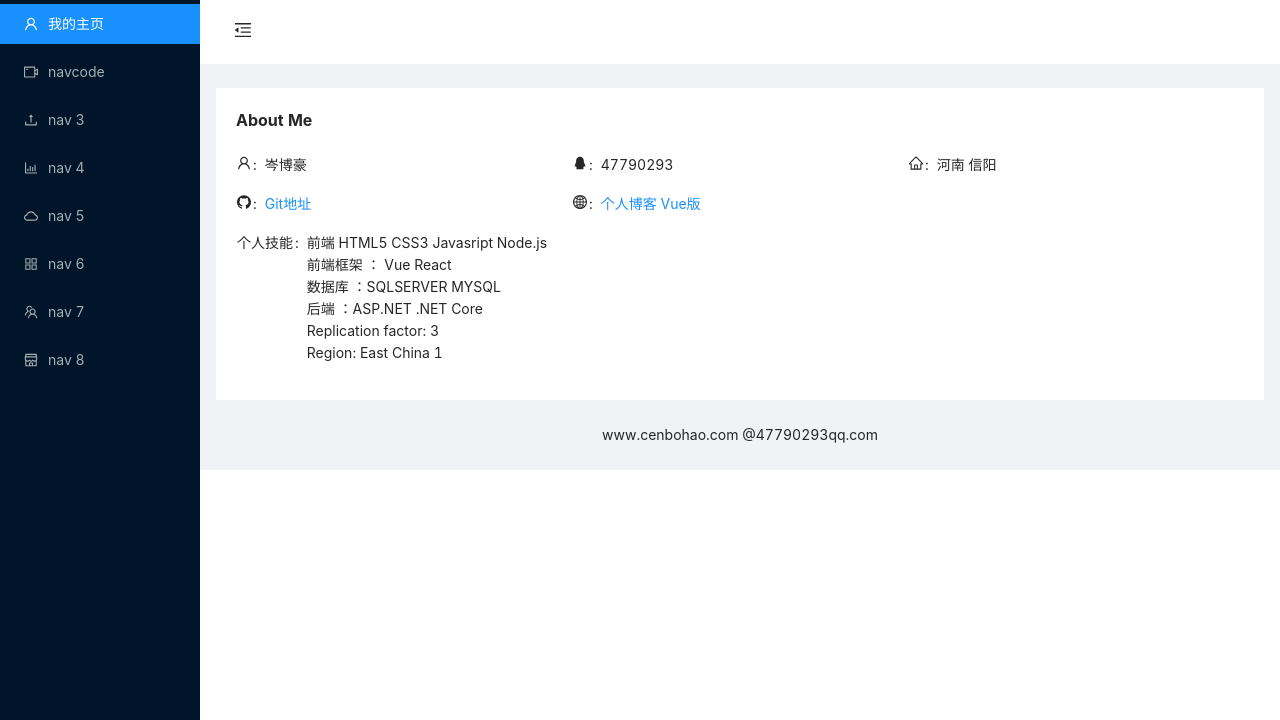
Repository: CBH20010703/bolgsweb
Page: /index (app in blogs/)
An editor plug-in stored every save of this project. The page is shown before and after the next save, followed by the edit.
The browser window is 1280 px wide. The pictures show the whole page.
The project was rebuilt for these pictures with package versions that can differ from the ones it lists, and the page was loaded fresh each time. Also part of the build but not shown: blogs/src/view/Login/Login.jsx, blogs/src/component/Menu/MenuList.css, blogs/src/view/Home/Home.css, blogs/src/view/NavCode/NavCode.css, blogs/src/view/NavCode/NavCode.jsx, blogs/src/view/404/Error.jsx.

Above is the page before, as saved 2021-06-27 22:26:24.

After the next save:
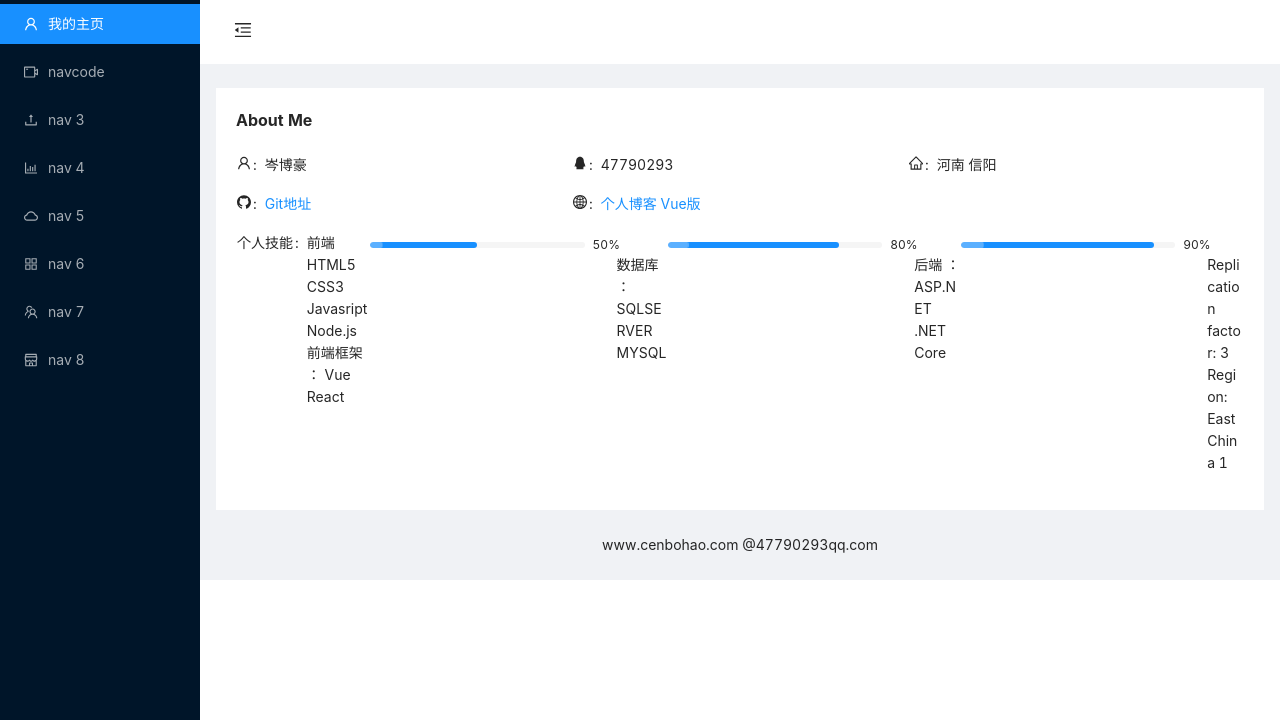
Saved 116 s later.
--- a/blogs/src/view/Home/Home.jsx
+++ b/blogs/src/view/Home/Home.jsx
@@ -1,6 +1,6 @@
 import React, { Component } from 'react'
 import "./Home.css"
-import { Descriptions } from 'antd';
+import { Descriptions, Progress } from 'antd';
 import { UserOutlined, QqOutlined, HomeOutlined, GithubOutlined, GlobalOutlined } from '@ant-design/icons';
 export default class Home extends Component {
 
@@ -23,10 +23,13 @@ export default class Home extends Component {
                         前端 HTML5 CSS3 Javasript  Node.js
                         <br />
                         前端框架 ： Vue React
+                        <Progress percent={50} size="small" status="active" />
                         <br />
                         数据库 ：SQLSERVER MYSQL
+                        <Progress percent={80} size="small" status="active" />
                         <br />
                         后端 ：ASP.NET .NET Core
+                        <Progress percent={90} size="small" status="active" />
                         <br />
                         Replication factor: 3
                         <br />
